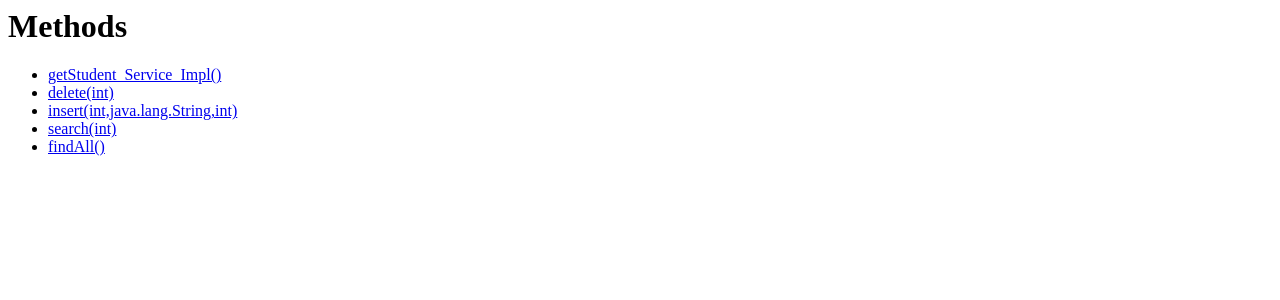
Repository: DilrukshikaRajapakshe/SOAP-Assyment
Page: http://localhost/Student_RagistationClient/sampleStudent_Service_ImplProxy/Method.jsp
These files come from the project's save history. The page is drawn as it stood at one moment and after the next save; the edit follows.
The browser window is 1280 px wide. The pictures show the whole page.
The page is served by Tomcat 9.

Above is the page before, as saved 2020-03-16 15:14:21.

After the next save:
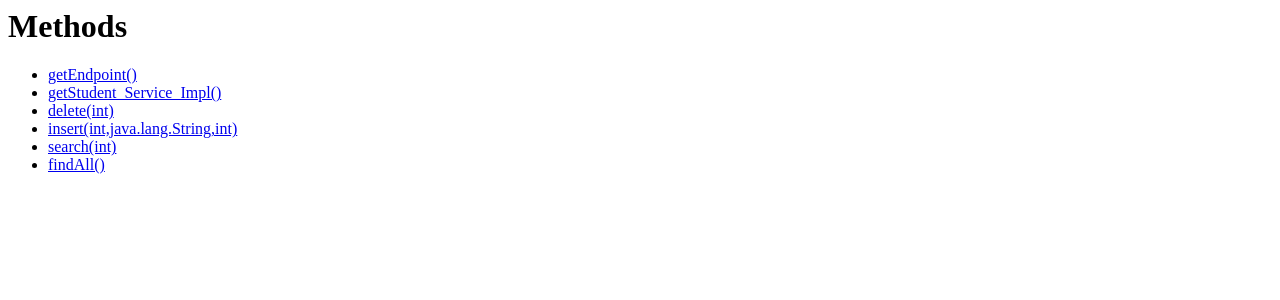
Saved 1 s later.
--- a/Student_RagistationClient/WebContent/sampleStudent_Service_ImplProxy/Method.jsp
+++ b/Student_RagistationClient/WebContent/sampleStudent_Service_ImplProxy/Method.jsp
@@ -5,11 +5,12 @@
 <BODY>
 <H1>Methods</H1>
 <UL>
-<LI><A HREF="Input.jsp?method=2" TARGET="inputs"> getStudent_Service_Impl()</A></LI>
-<LI><A HREF="Input.jsp?method=5" TARGET="inputs"> delete(int)</A></LI>
-<LI><A HREF="Input.jsp?method=10" TARGET="inputs"> insert(int,java.lang.String,int)</A></LI>
-<LI><A HREF="Input.jsp?method=19" TARGET="inputs"> search(int)</A></LI>
-<LI><A HREF="Input.jsp?method=30" TARGET="inputs"> findAll()</A></LI>
+<LI><A HREF="Input.jsp?method=2" TARGET="inputs"> getEndpoint()</A></LI>
+<LI><A HREF="Input.jsp?method=5" TARGET="inputs"> getStudent_Service_Impl()</A></LI>
+<LI><A HREF="Input.jsp?method=8" TARGET="inputs"> delete(int)</A></LI>
+<LI><A HREF="Input.jsp?method=13" TARGET="inputs"> insert(int,java.lang.String,int)</A></LI>
+<LI><A HREF="Input.jsp?method=22" TARGET="inputs"> search(int)</A></LI>
+<LI><A HREF="Input.jsp?method=33" TARGET="inputs"> findAll()</A></LI>
 </UL>
 </BODY>
 </HTML>
